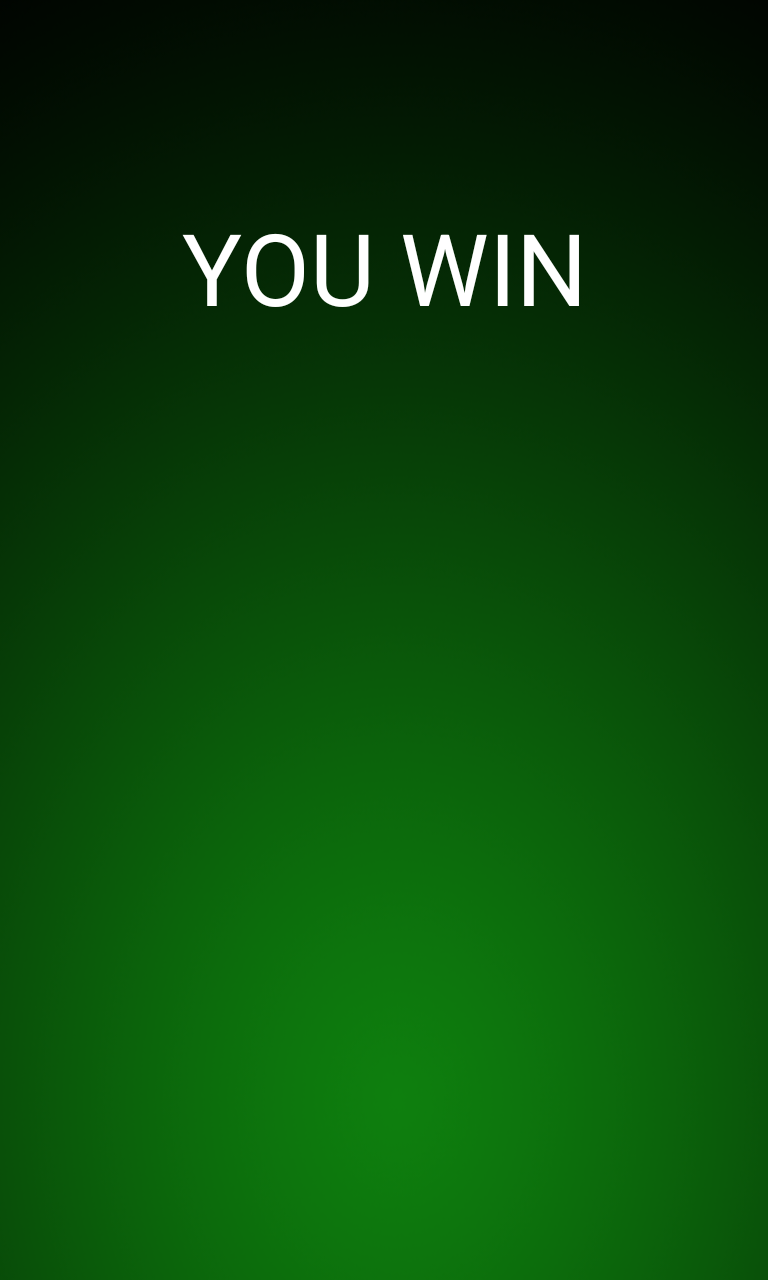
Repository: jwu14/AAProductions
Layout: EgyptianRatscrew/res/layout/activity_rules.xml
The author's editor kept a copy of each file at every save. The layout is drawn from the files as they stood at one save, then again after the next save.
It is drawn on a 768 x 1280 px phone screen (xhdpi) without system bars, with theme AppTheme; the app's code is not run.

Above is the layout before, as saved 2013-03-06 20:27:40.

After the next save:
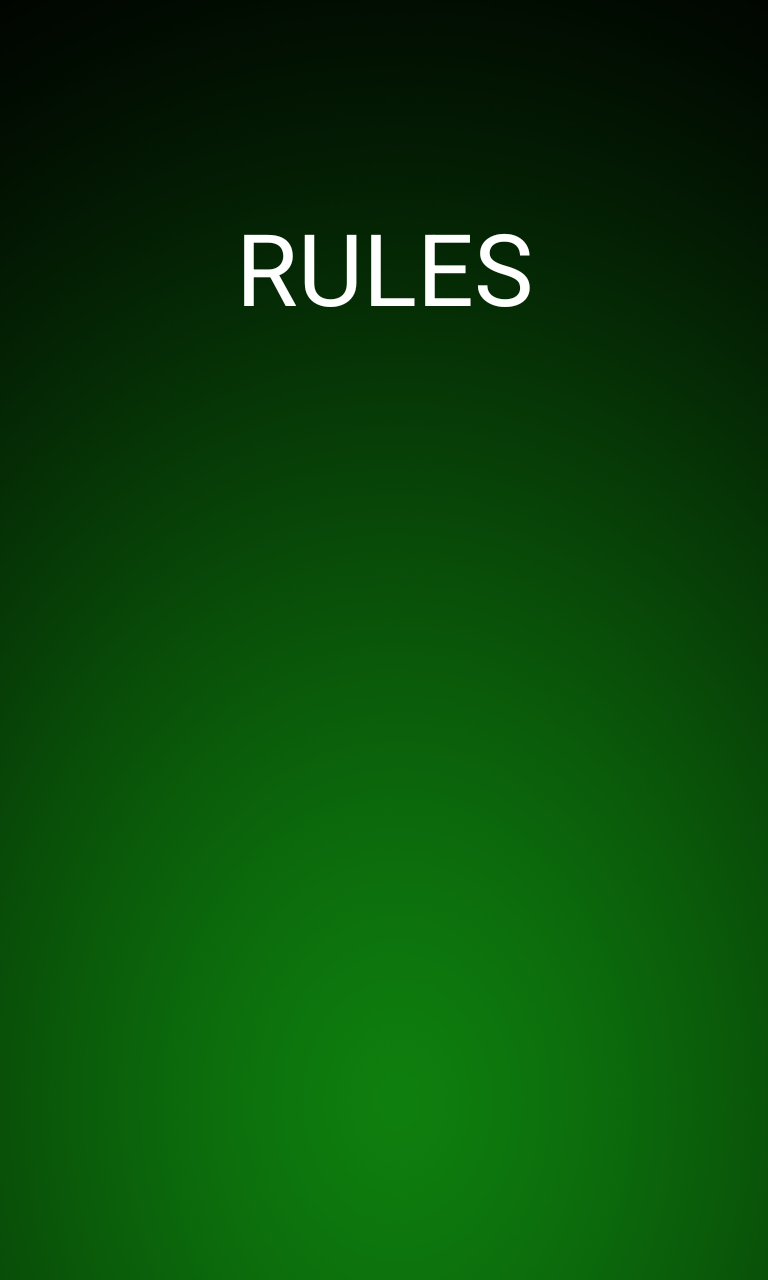
Saved 6 s later.
--- a/EgyptianRatscrew/res/layout/activity_rules.xml
+++ b/EgyptianRatscrew/res/layout/activity_rules.xml
@@ -17,7 +17,7 @@
         android:clickable="false"
         android:gravity="center_horizontal"
         android:paddingTop="90sp"
-        android:text="YOU WIN"
+        android:text="RULES"
         android:textColor="#FFFFFF"
         android:textSize="50sp" />
 
